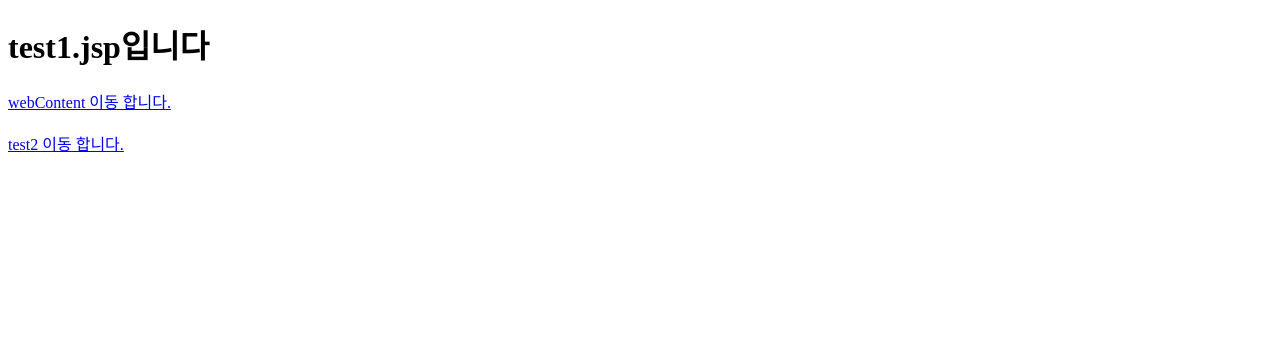
Repository: hangilyon/allJSPStudy
Page: http://localhost/jsp01/test1/test1.jsp
The author's editor kept a copy of each file at every save. The page is drawn from the files as they stood at one save, then again after the next save.
The browser window is 1280 px wide. The pictures show the whole page.
The page is served by Tomcat 9.

Above is the page before, as saved 2021-10-19 08:57:02.

After the next save:
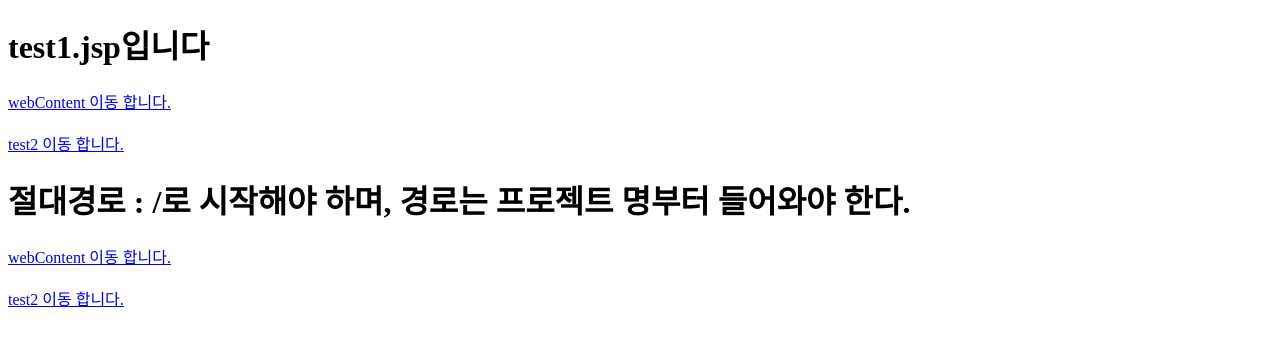
Saved 27 s later.
--- a/jsp01/src/main/webapp/test1/test1.jsp
+++ b/jsp01/src/main/webapp/test1/test1.jsp
@@ -10,5 +10,8 @@
 	<h1>test1.jsp입니다</h1>
 	<a href="http://localhost:8085/jsp01/webContent.jsp">webContent 이동 합니다.</a><br><br>
 	<a href="http://localhost:8085/jsp01/test1/test2/test2.jsp">test2 이동 합니다.</a>
+	<h1>절대경로 : /로 시작해야 하며, 경로는 프로젝트 명부터 들어와야 한다.</h1>
+	<a href="/jsp01/webContent.jsp">webContent 이동 합니다.</a><br><br>
+	<a href="/jsp01/test1/test2/test2.jsp">test2 이동 합니다.</a>
 </body>
 </html>
